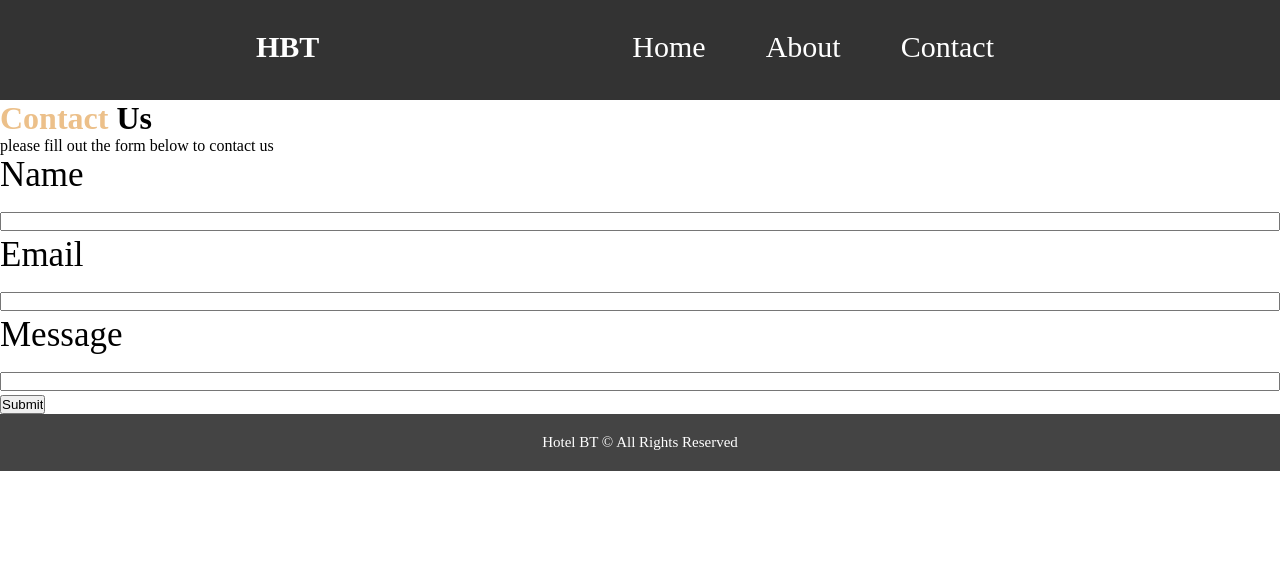
Repository: reemoon-ctrl/hotel-website
Page: 35 - hotel-website/contact.html
These files come from the project's save history. The page is drawn as it stood at one moment and after a run of saves; the edit follows.
The browser window is 1280 px wide. The pictures show the whole page.

Above is the page before, as saved 2024-07-22 09:34:31.

After the next 2 saves:
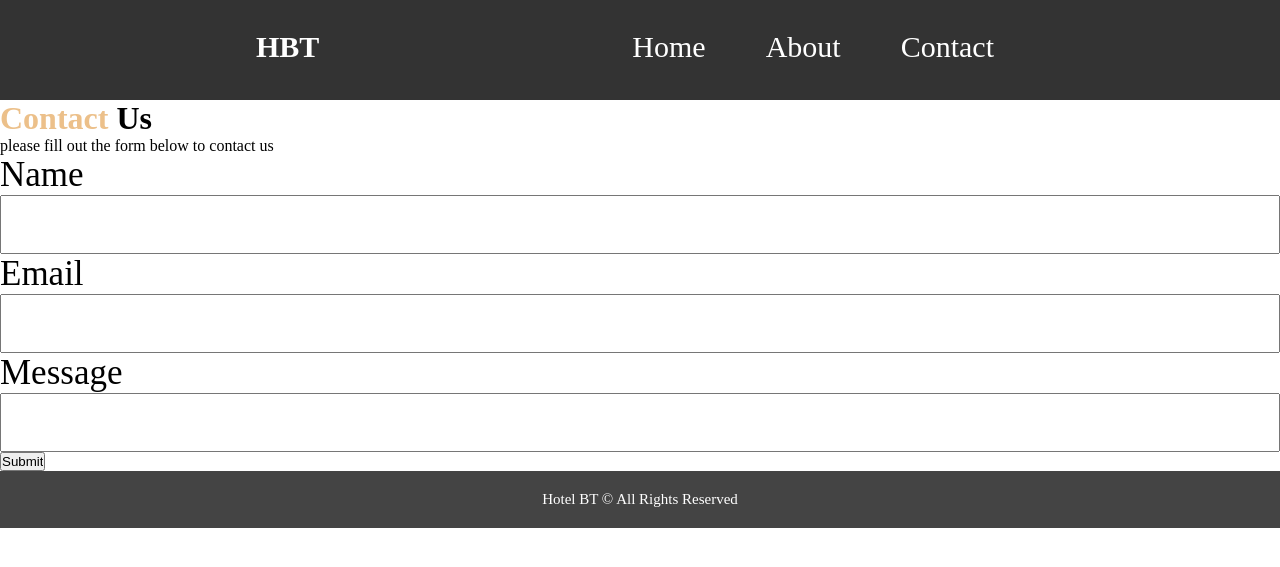
The 2 saves are shown as one change because they came seconds apart.
The last was saved 6 s later.
--- a/35 - hotel-website/index.css
+++ b/35 - hotel-website/index.css
@@ -279,7 +279,7 @@ color: #333333;
 }
 .form-label input{
     width:100%;
-    padding
+    padding:20px;
 
 }
 .form-label{
